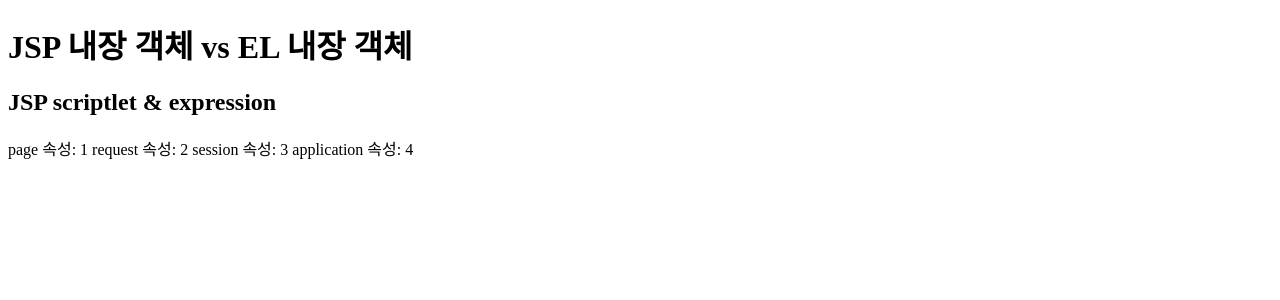
Repository: ljh5973/labweb
Page: http://localhost/JSP03/04_scope.jsp
The author's editor kept a copy of each file at every save. The page is drawn from the files as they stood at one save, then again after the next save.
The browser window is 1280 px wide. The pictures show the whole page.
The page is served by Tomcat 9.

Above is the page before, as saved 2022-01-10 08:21:37.

After the next save:
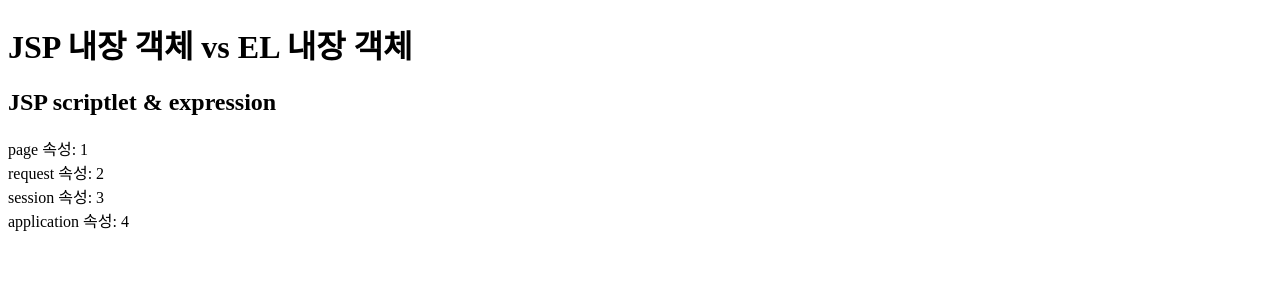
Saved 19 s later.
--- a/JSP03/webapp/04_scope.jsp
+++ b/JSP03/webapp/04_scope.jsp
@@ -42,9 +42,9 @@
 	%>
 
 	<div>
-	page 속성: <%=pageContext.getAttribute("number1") %>
-	request 속성: <%=request.getAttribute("number2") %>
-	session 속성: <%= session.getAttribute("number3") %>
+	page 속성: <%=pageContext.getAttribute("number1") %><br>
+	request 속성: <%=request.getAttribute("number2") %><br>
+	session 속성: <%= session.getAttribute("number3") %><br>
 	application 속성: <%= application.getAttribute("number4") %>
 	</div>
 	</body>
